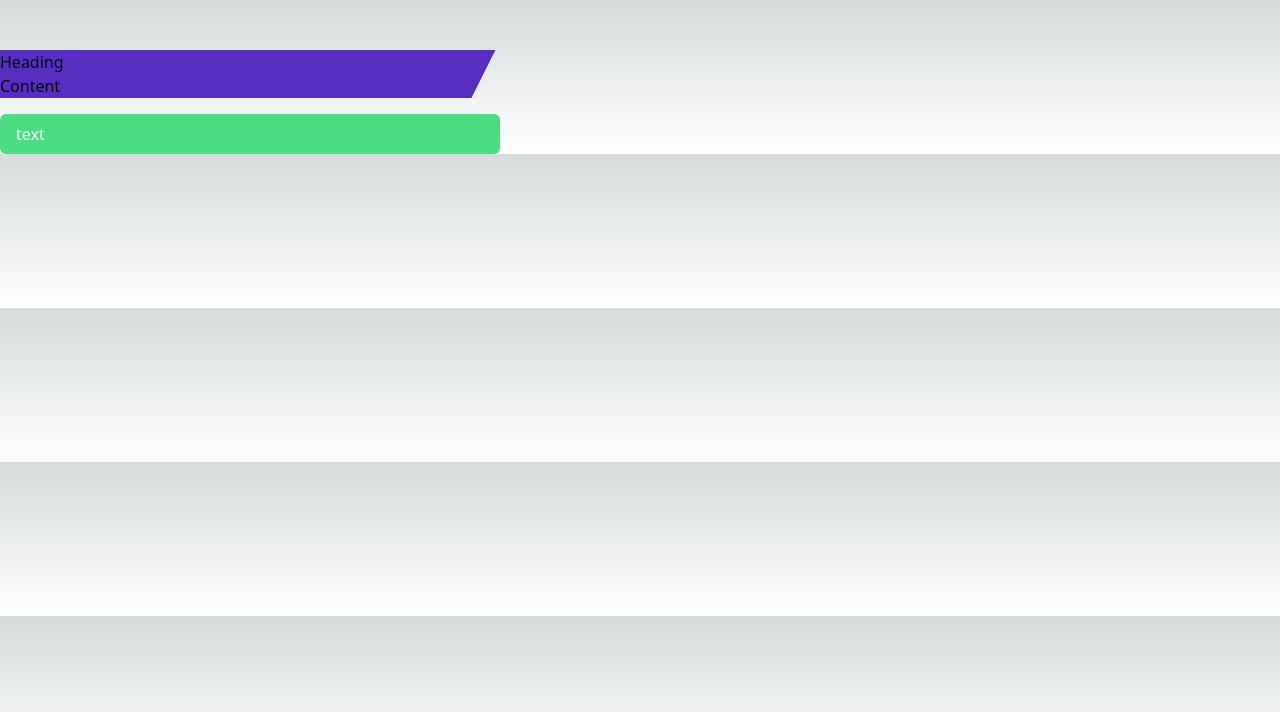
Repository: PreciousOritsedere/jasere-test
Page: /
An editor plug-in stored every save of this project. The page is shown before and after the next save, followed by the edit.
The browser window is 1280 px wide. The pictures show the whole page.
The project was rebuilt for these pictures with package versions that can differ from the ones it lists, and the page was loaded fresh each time. The framework's server and built-in components were replaced by stand-ins that run in the browser. Also part of the build but not shown: next.config.mjs.

Above is the page before, as saved 2024-03-26 15:08:18.

### src/pages/index.js
import Image from "next/image";
import Shape from "../../public/Rectangle 1.svg"

export default function Home() {
  return (
    <main className="max-w-[500px] w-full mt-[50px] flex flex-col gap-4">

      <div className="parallelogram">
        <h3>Heading</h3>
        <p>Content</p>
      </div>

      <div className="bg-green-400 text-white px-4 py-2 rounded-md">text</div>
    </main>
  );
}

### src/styles/globals.css
@tailwind base;
@tailwind components;
@tailwind utilities;

:root {
  --foreground-rgb: 0, 0, 0;
  --background-start-rgb: 214, 219, 220;
  --background-end-rgb: 255, 255, 255;
}

@media (prefers-color-scheme: dark) {
  :root {
    --foreground-rgb: 255, 255, 255;
    --background-start-rgb: 0, 0, 0;
    --background-end-rgb: 0, 0, 0;
  }
}

body {
  color: rgb(var(--foreground-rgb));
  background: linear-gradient(
      to bottom,
      transparent,
      rgb(var(--background-end-rgb))
    )
    rgb(var(--background-start-rgb));
}

@layer utilities {
  .text-balance {
    text-wrap: balance;
  }
}

.parallelogram {
  /* Existing styles */
  position: relative;
  overflow: hidden; /* Hide overflow */
  /* Add your background image here, using the path to your SVG */
  background-image: url('/Rectangle 1.svg');
  background-size: cover; /* This will cover the entire div with your SVG */
  background-repeat: no-repeat;
  /* You might want to adjust this to position your background as needed */
  background-position: center;
  padding: ;
}

Loaded but not shown: src/pages/_app.js (common file); src/pages/_document.js (common file); tailwind.config.js (common file)

After the next save:
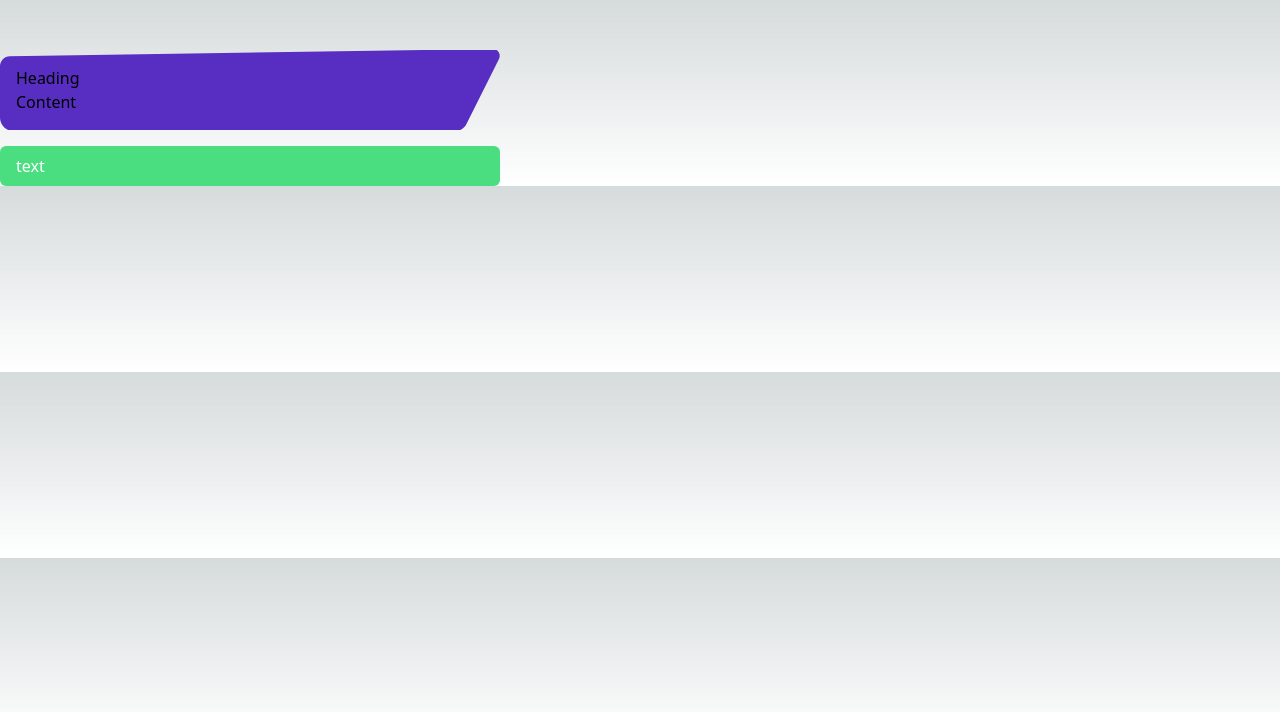
Saved 6 s later.
--- a/src/styles/globals.css
+++ b/src/styles/globals.css
@@ -42,5 +42,5 @@ body {
   background-repeat: no-repeat;
   /* You might want to adjust this to position your background as needed */
   background-position: center;
-  padding: ;
+  padding: 16px ;
 }
